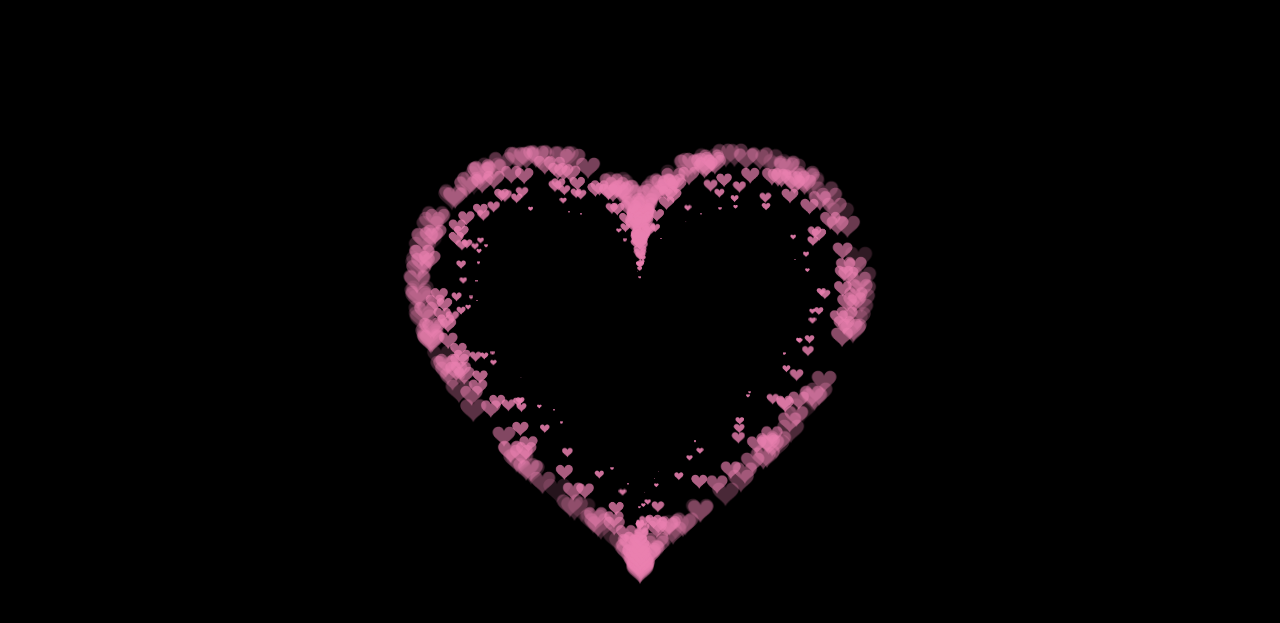
Repository: iamwind-dev/mnghi
Page: index.html
These files come from the project's save history. The page is drawn as it stood at one moment and after a run of saves; the edit follows.
The browser window is 1280 px wide. The pictures show the whole page.

Above is the page before, as saved 2023-11-05 12:39:13.

### index.html
<!DOCTYPE html>
<html lang="en" >
<head>
  <meta charset="UTF-8">
  <title>CodePen - A Pen by Hàn Kỳ</title>


</head>
<body>
<!-- partial:index.partial.html -->
<!DOCTYPE HTML PUBLIC "-//W3C//DTD HTML 4.0 Transitional//EN">

<HTML>

 <HEAD>

  <TITLE> New Document </TITLE>

  <META NAME="Generator" CONTENT="EditPlus">

  <META NAME="Author" CONTENT="">

  <META NAME="Keywords" CONTENT="">

  <META NAME="Description" CONTENT="">

  <style>

  html, body {

  height: 100%;

  padding: 0;

  margin: 0;

  background: #000;

}

canvas {

  position: absolute;

  width: 100%;

  height: 100%;

}

  </style>

 </HEAD>


 <BODY>

  <canvas id="pinkboard"></canvas>

  <script>

  /*

 * Settings

 */

var settings = {

  particles: {

    length:   500, // maximum amount of particles

    duration:   2, // particle duration in sec

    velocity: 100, // particle velocity in pixels/sec

    effect: -0.75, // play with this for a nice effect

    size:      30, // particle size in pixels

  },

};


/*

 * RequestAnimationFrame polyfill by Erik Möller

 */

(function(){var b=0;var c=["ms","moz","webkit","o"];for(var a=0;a<c.length&&!window.requestAnimationFrame;++a){window.requestAnimationFrame=window[c[a]+"RequestAnimationFrame"];window.cancelAnimationFrame=window[c[a]+"CancelAnimationFrame"]||window[c[a]+"CancelRequestAnimationFrame"]}if(!window.requestAnimationFrame){window.requestAnimationFrame=function(h,e){var d=new Date().getTime();var f=Math.max(0,16-(d-b));var g=window.setTimeout(function(){h(d+f)},f);b=d+f;return g}}if(!window.cancelAnimationFrame){window.cancelAnimationFrame=function(d){clearTimeout(d)}}}());


/*

 * Point class

 */

var Point = (function() {

  function Point(x, y) {

    this.x = (typeof x !== 'undefined') ? x : 0;

    this.y = (typeof y !== 'undefined') ? y : 0;

  }

  Point.prototype.clone = function() {

    return new Point(this.x, this.y);

  };

  Point.prototype.length = function(length) {

    if (typeof length == 'undefined')

      return Math.sqrt(this.x * this.x + this.y * this.y);

    this.normalize();

    this.x *= length;

    this.y *= length;

    return this;

  };

  Point.prototype.normalize = function() {

    var length = this.length();

    this.x /= length;

    this.y /= length;

    return this;

  };

  return Point;

})();


/*

 * Particle class

 */

var Particle = (function() {

  function Particle() {

    this.position = new Point();

    this.velocity = new Point();

    this.acceleration = new Point();

    this.age = 0;

  }

  Particle.prototype.initialize = function(x, y, dx, dy) {

    this.position.x = x;

    this.position.y = y;

    this.velocity.x = dx;

    this.velocity.y = dy;

    this.acceleration.x = dx * settings.particles.effect;

    this.acceleration.y = dy * settings.particles.effect;

    this.age = 0;

  };

  Particle.prototype.update = function(deltaTime) {

    this.position.x += this.velocity.x * deltaTime;

    this.position.y += this.velocity.y * deltaTime;

    this.velocity.x += this.acceleration.x * deltaTime;

    this.velocity.y += this.acceleration.y * deltaTime;

    this.age += deltaTime;

  };

  Particle.prototype.draw = function(context, image) {

    function ease(t) {

      return (--t) * t * t + 1;

    }

    var size = image.width * ease(this.age / settings.particles.duration);

    context.globalAlpha = 1 - this.age / settings.particles.duration;

    context.drawImage(image, this.position.x - size / 2, this.position.y - size / 2, size, size);

  };

  return Particle;

})();


/*

 * ParticlePool class

 */

var ParticlePool = (function() {

  var particles,

      firstActive = 0,

      firstFree   = 0,

      duration    = settings.particles.duration;



  function ParticlePool(length) {

    // create and populate particle pool

    particles = new Array(length);

    for (var i = 0; i < particles.length; i++)

      particles[i] = new Particle();

  }

  ParticlePool.prototype.add = function(x, y, dx, dy) {

    particles[firstFree].initialize(x, y, dx, dy);



    // handle circular queue

    firstFree++;

    if (firstFree   == particles.length) firstFree   = 0;

    if (firstActive == firstFree       ) firstActive++;

    if (firstActive == particles.length) firstActive = 0;

  };

  ParticlePool.prototype.update = function(deltaTime) {

    var i;



    // update active particles

    if (firstActive < firstFree) {

      for (i = firstActive; i < firstFree; i++)

        particles[i].update(deltaTime);

    }

    if (firstFree < firstActive) {

      for (i = firstActive; i < particles.length; i++)

        particles[i].update(deltaTime);

      for (i = 0; i < firstFree; i++)

        particles[i].update(deltaTime);

    }



    // remove inactive particles

    while (particles[firstActive].age >= duration && firstActive != firstFree) {

      firstActive++;

      if (firstActive == particles.length) firstActive = 0;

    }





  };

  ParticlePool.prototype.draw = function(context, image) {

    // draw active particles

    if (firstActive < firstFree) {

      for (i = firstActive; i < firstFree; i++)

        particles[i].draw(context, image);

    }

    if (firstFree < firstActive) {

      for (i = firstActive; i < particles.length; i++)

        particles[i].draw(context, image);

      for (i = 0; i < firstFree; i++)

        particles[i].draw(context, image);

    }

  };

  return ParticlePool;

})();


/*

 * Putting it all together

 */

(function(canvas) {

  var context = canvas.getContext('2d'),

      particles = new ParticlePool(settings.particles.length),

      particleRate = settings.particles.length / settings.particles.duration, // particles/sec

      time;



  // get point on heart with -PI <= t <= PI

  function pointOnHeart(t) {

    return new Point(

      160 * Math.pow(Math.sin(t), 3),

      130 * Math.cos(t) - 50 * Math.cos(2 * t) - 20 * Math.cos(3 * t) - 10 * Math.cos(4 * t) + 25

    );

  }



  // creating the particle image using a dummy canvas

  var image = (function() {

    var canvas  = document.createElement('canvas'),

        context = canvas.getContext('2d');

    canvas.width  = settings.particles.size;

    canvas.height = settings.particles.size;

    // helper function to create the path

    function to(t) {

      var point = pointOnHeart(t);

      point.x = settings.particles.size / 2 + point.x * settings.particles.size / 350;

      point.y = settings.particles.size / 2 - point.y * settings.particles.size / 350;

      return point;

    }

    // create the path

    context.beginPath();

    var t = -Math.PI;

    var point = to(t);

    context.moveTo(point.x, point.y);

    while (t < Math.PI) {

      t += 0.01; // baby steps!

      point = to(t);

      context.lineTo(point.x, point.y);

    }

    context.closePath();

    // create the fill

    context.fillStyle = '#ea80b0';

    context.fill();

    // create the image

    var image = new Image();

    image.src = canvas.toDataURL();

    return image;

  })();



  // render that thing!

  function render() {

    // next animation frame

    requestAnimationFrame(render);



    // update time

    var newTime   = new Date().getTime() / 1000,

        deltaTime = newTime - (time || newTime);

    time = newTime;



    // clear canvas

    context.clearRect(0, 0, canvas.width, canvas.height);



    // create new particles

    var amount = particleRate * deltaTime;

    for (var i = 0; i < amount; i++) {

      var pos = pointOnHeart(Math.PI - 2 * Math.PI * Math.random());

      var dir = pos.clone().length(settings.particles.velocity);

      particles.add(canvas.width / 2 + pos.x, canvas.height / 2 - pos.y, dir.x, -dir.y);

    }



    // update and draw particles

    particles.update(deltaTime);

    particles.draw(context, image);

  }



  // handle (re-)sizing of the canvas

  function onResize() {

    canvas.width  = canvas.clientWidth;

    canvas.height = canvas.clientHeight;

  }

  window.onresize = onResize;



  // delay rendering bootstrap

  setTimeout(function() {

    onResize();

    render();

  }, 10);

})(document.getElementById('pinkboard'));

  </script>
<div class="center-text",
  style="background-color:rgb(0, 0, 0);
        width: 100%;
        color: rgb(225, 12, 168);
        height:100%;
        font-size: 31px;
        font-style: italic;
        display: flex;
        align-items: center;
        justify-content: center;
        margin-bottom: 5px;
        text-align: center;"Thái</div>

 </BODY>

</HTML>
<!-- partial -->

</body>
</html>

After the next 2 saves:
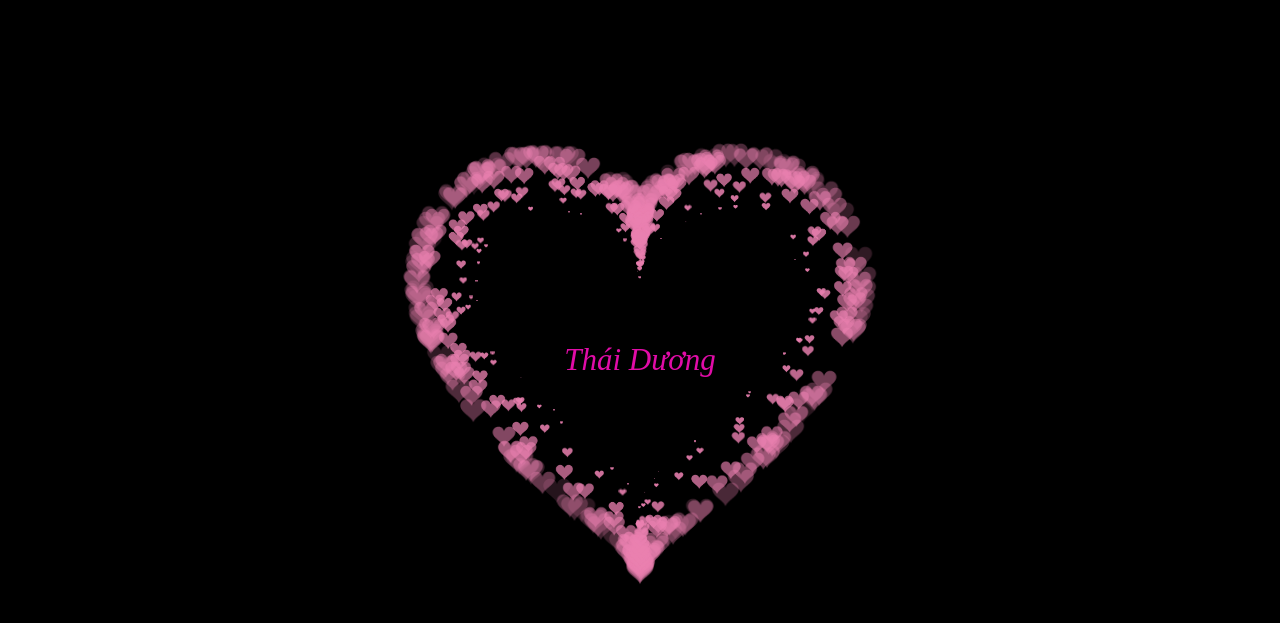
The 2 saves are shown as one change because they came seconds apart.
The last was saved 12 s later.
--- a/index.html
+++ b/index.html
@@ -536,7 +536,7 @@ var ParticlePool = (function() {
         align-items: center;
         justify-content: center;
         margin-bottom: 5px;
-        text-align: center;"Thái</div>
+        text-align: center;">Thái Dương </div>
 
  </BODY>
 
